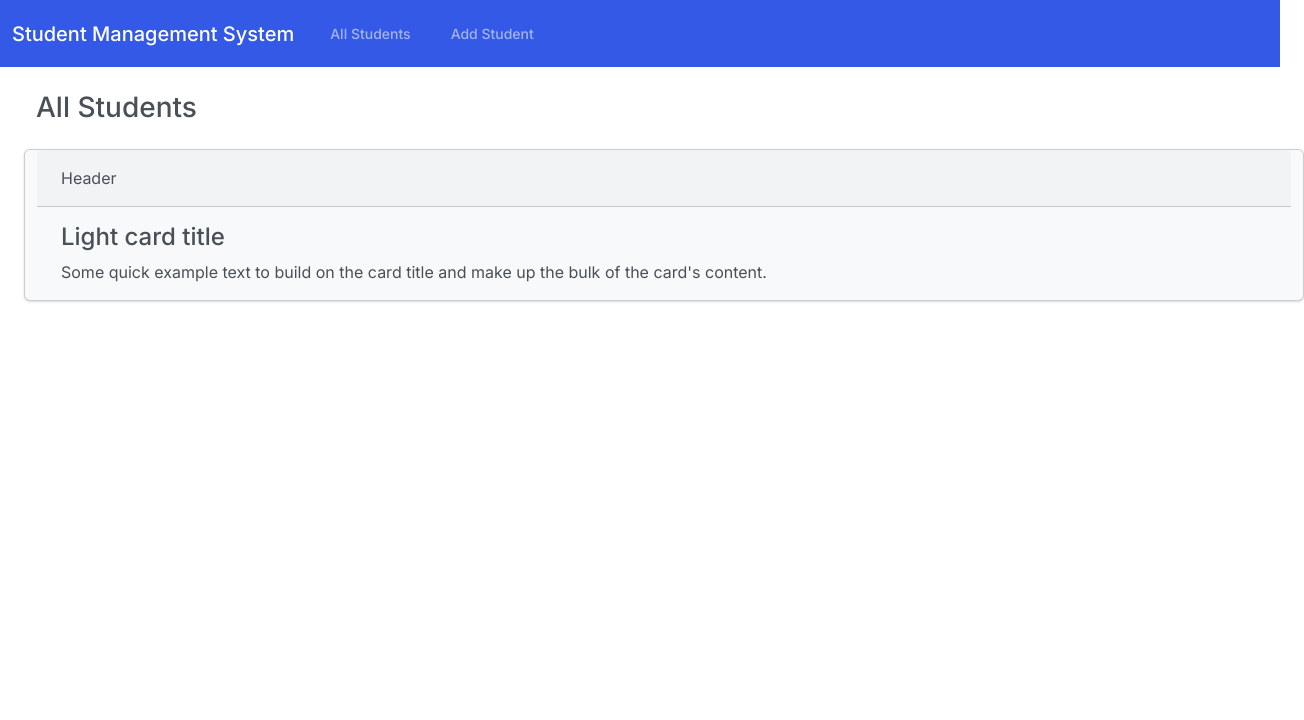
Repository: saraanbih/Student-Management-System
Page: http://localhost/
These files come from the project's save history. The page is drawn as it stood at one moment and after the next save; the edit follows.
The browser window is 1280 px wide. The page is 1304 px wide, so the pictures cover 1304 px, including what lies to the right of the window. The pictures show the whole page.
The page is served by the project's application, run on Django 5.2 (manage.py).

Above is the page before, as saved 2025-09-11 15:34:49.

After the next save:
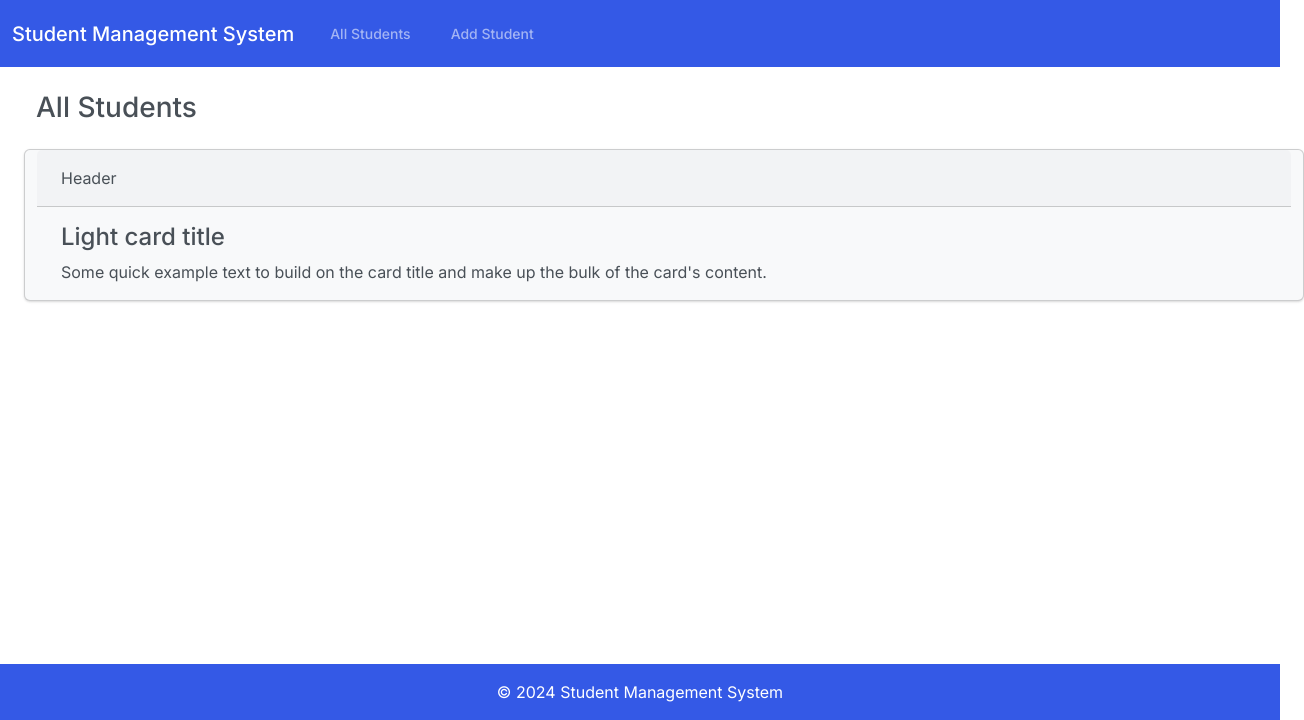
Saved 5 s later.
--- a/students/templates/students/index.html
+++ b/students/templates/students/index.html
@@ -50,7 +50,8 @@
         </div>
       </div>
     </div>
-    <footer class="mt">
+    <footer class="mt-auto bg-primary text-white text-center p-3">
+      &copy; 2024 Student Management System
 
     </footer>
     <script

After the save that followed:
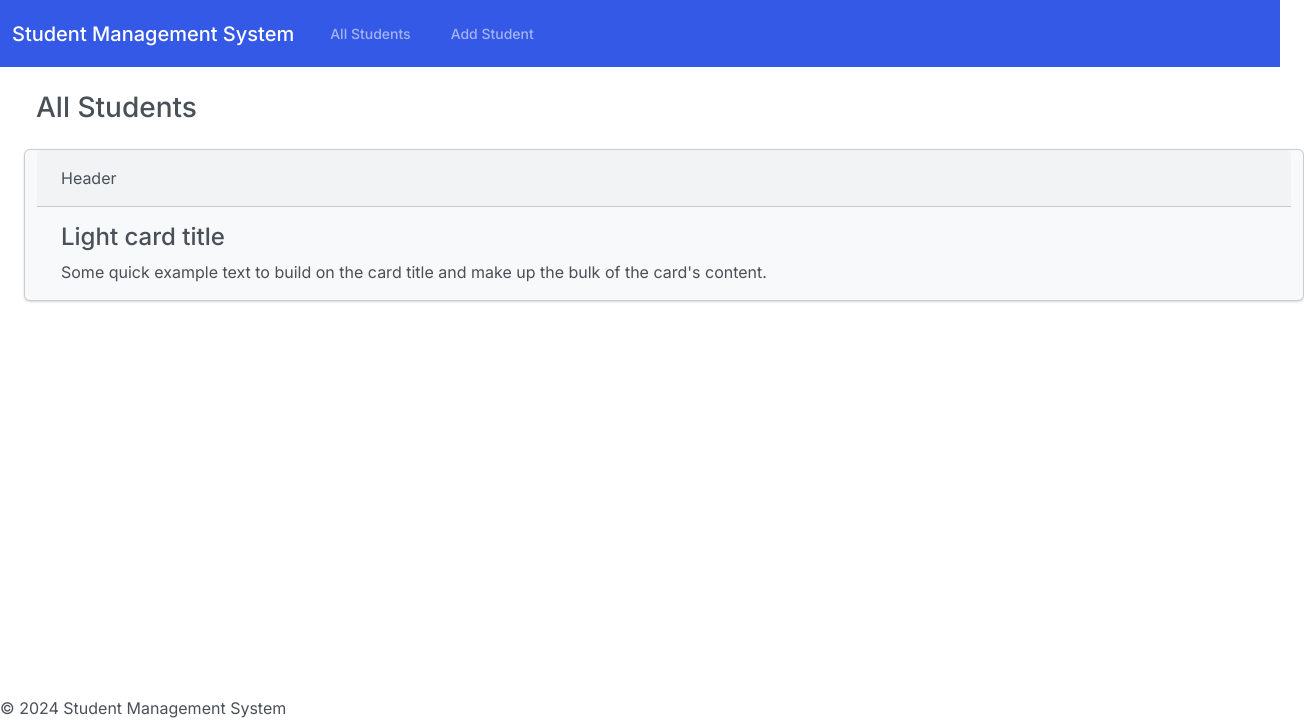
Saved 11 s later.
--- a/students/templates/students/index.html
+++ b/students/templates/students/index.html
@@ -50,7 +50,7 @@
         </div>
       </div>
     </div>
-    <footer class="mt-auto bg-primary text-white text-center p-3">
+    <footer class="mt-auto mp-4">
       &copy; 2024 Student Management System
 
     </footer>
